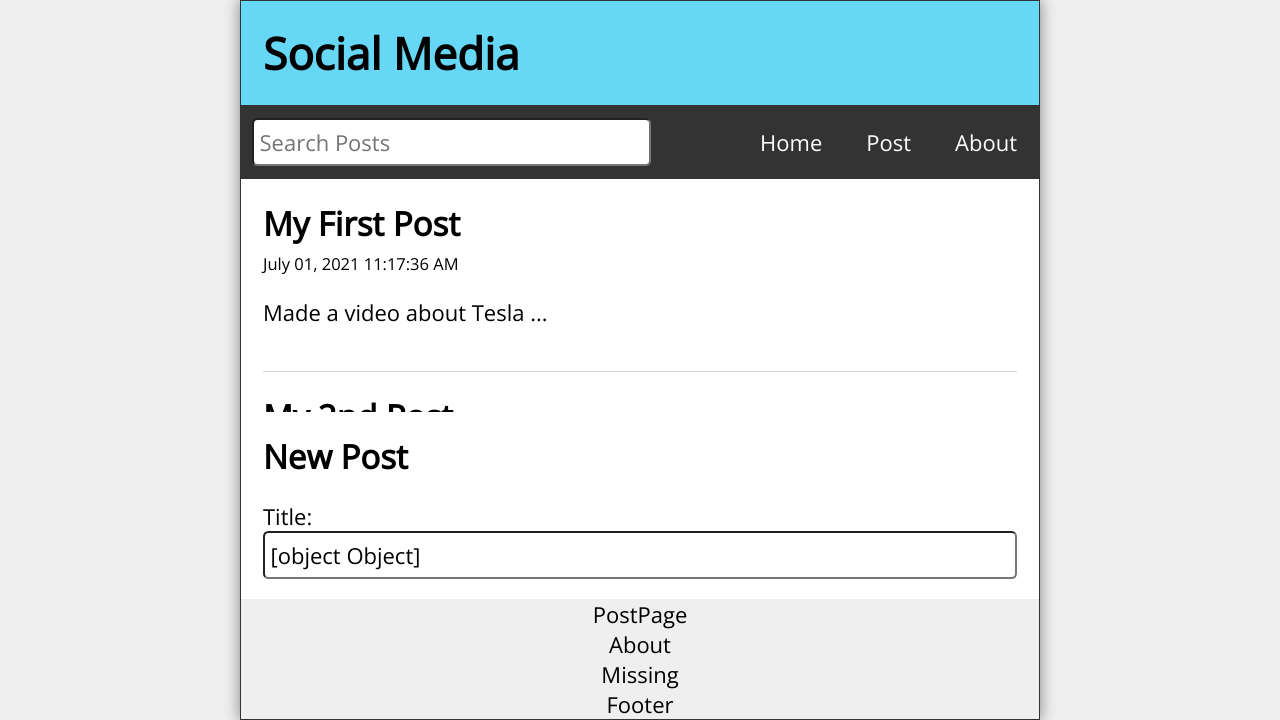
Repository: Kisho14/react_social_app_netlify
Page: /post
The author's editor kept a copy of each file at every save. The page is drawn from the files as they stood at one save, then again after the next save.
The browser window is 1280 px wide. The pictures show the whole page.
The project was rebuilt for these pictures with package versions that can differ from the ones it lists, and the page was loaded fresh each time.

Above is the page before, as saved 2024-02-05 22:13:45.

After the next save:
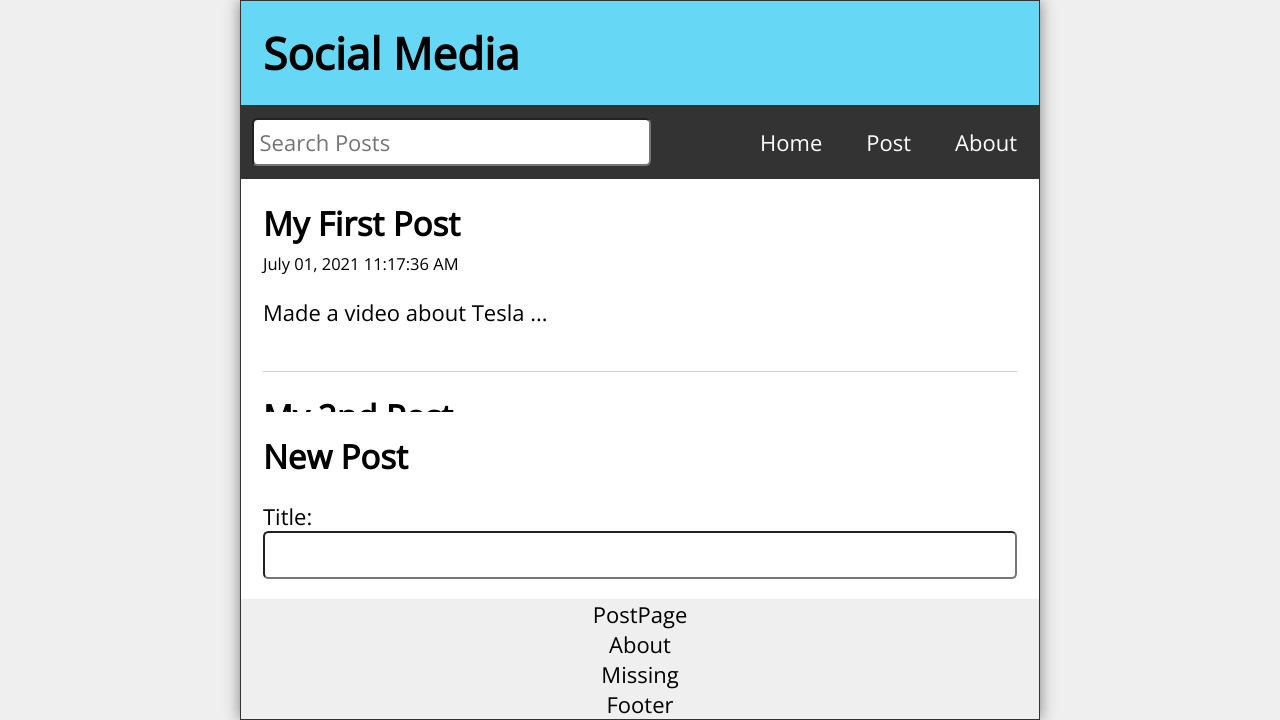
Saved 17 s later.
--- a/src/NewPost.js
+++ b/src/NewPost.js
@@ -1,6 +1,6 @@
 import React from 'react'
 
-const NewPost = (handleSubmit, postTitle, setPostTitle, postBody, setPostBody) => {
+const NewPost = ({handleSubmit, postTitle, setPostTitle, postBody, setPostBody}) => {
   return (
     <main className='NewPost'>
         <h2>New Post</h2>
